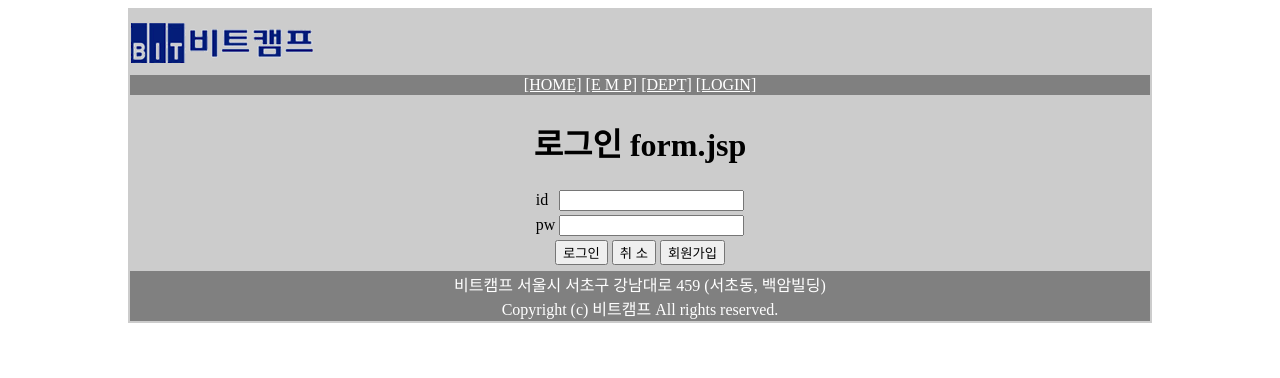
Repository: kwakjaeyeon/webWorkspace
Page: http://localhost/web05/login/form.jsp
An editor plug-in stored every save of this project. The page is shown before and after a run of saves, followed by the edit.
The browser window is 1280 px wide. The pictures show the whole page.
The page is served by Tomcat 9.

Above is the page before, as saved 2020-07-03 07:40:17.

After the next 2 saves:
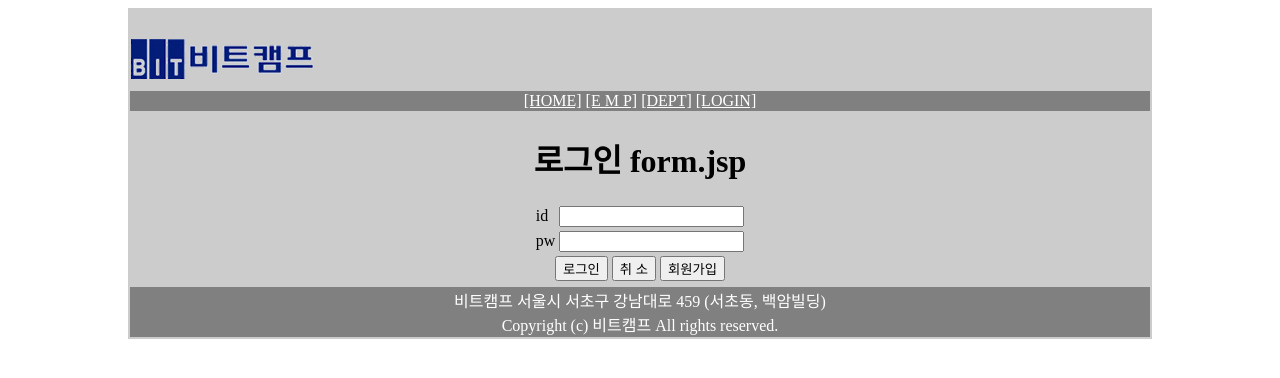
The 2 saves are shown as one change because 1 did not build or start.
The last was saved 6 min 29 s later.
--- a/web05/WebContent/template/header.jspf
+++ b/web05/WebContent/template/header.jspf
@@ -14,6 +14,12 @@
 <table width = "1024" align = "CENTER" bgcolor="#cccccc">
 	<tr>
 		<td>
+		<p><%
+		String loginName = (String)session.getAttribute("name");
+
+
+		%></p>
 		<a href = "/web05/index.jsp" ><img src = "/web05/img/logo.png"></a>
+
 		</td>
 	</tr>
